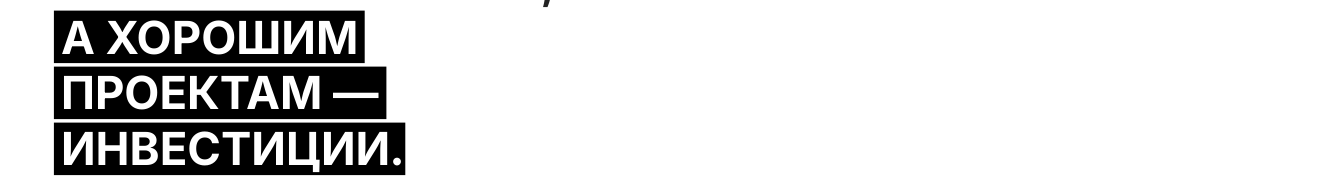
Repository: NadyaKorvin/frontiers
Page: /
These files come from the project's save history. The page is drawn as it stood at one moment and after a run of saves; the edit follows.
The browser window is 1280 px wide. The page is 1920 px wide, so the pictures cover 1920 px, including what lies to the right of the window. The pictures show the part of the page from y = 1303 to 2583 px (the page is 1554 px tall before and 2633 px after), at 70% of full size.
The project was rebuilt for these pictures with package versions that can differ from the ones it lists, and the page was loaded fresh each time.

Above is the page before, as saved 2022-05-23 12:58:40.

After the next 2 saves:
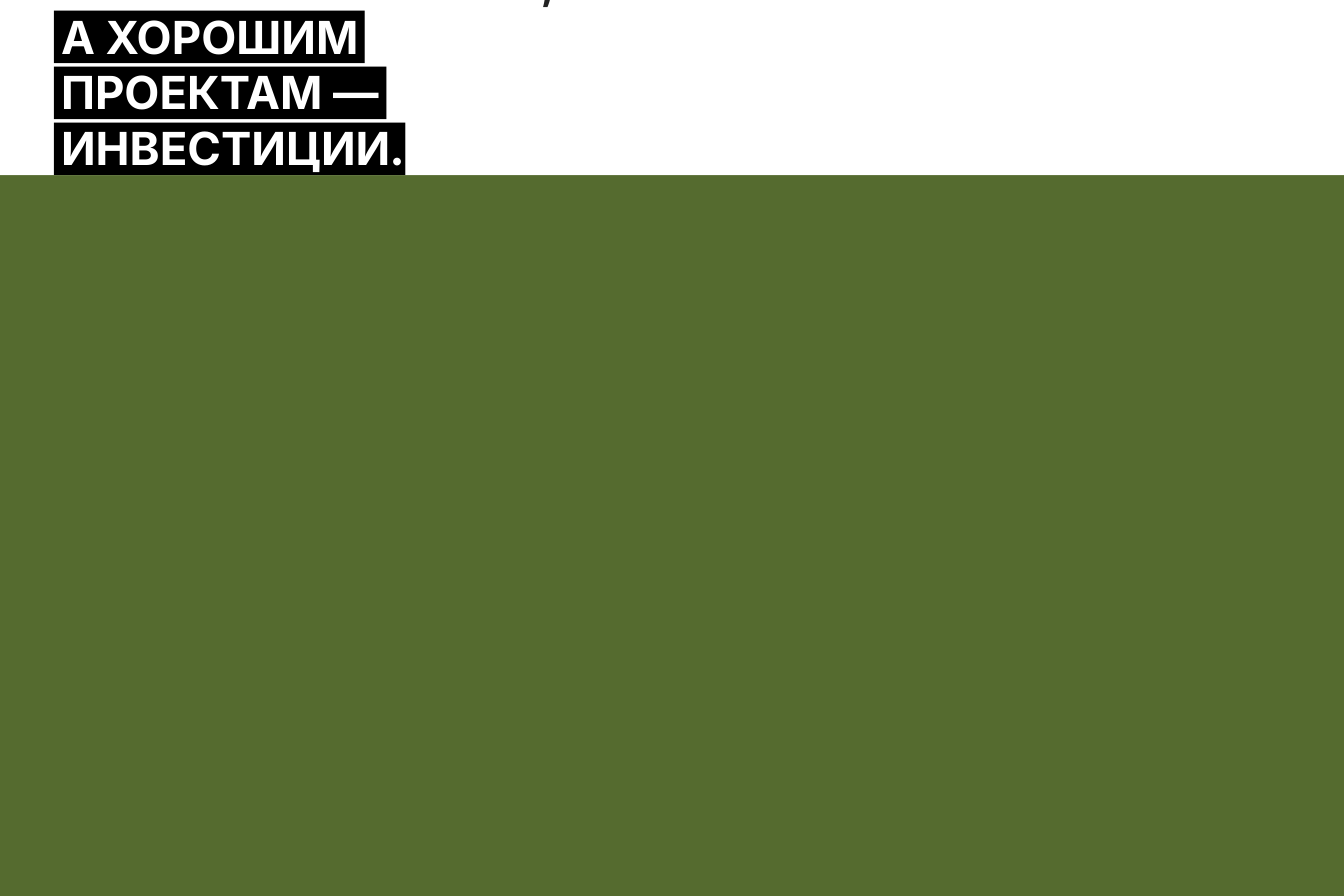
The 2 saves are shown as one change because 1 did not build or start.
The last was saved 15 s later.
--- a/src/App.js
+++ b/src/App.js
@@ -19,7 +19,7 @@ function App() {
       <div className="App">
         <SecondScreenAnimation listenMousePosition={listenUpperMousePosition} />
       </div>
-
+      <LastScreenAnimation />
     </>
   );
 }
